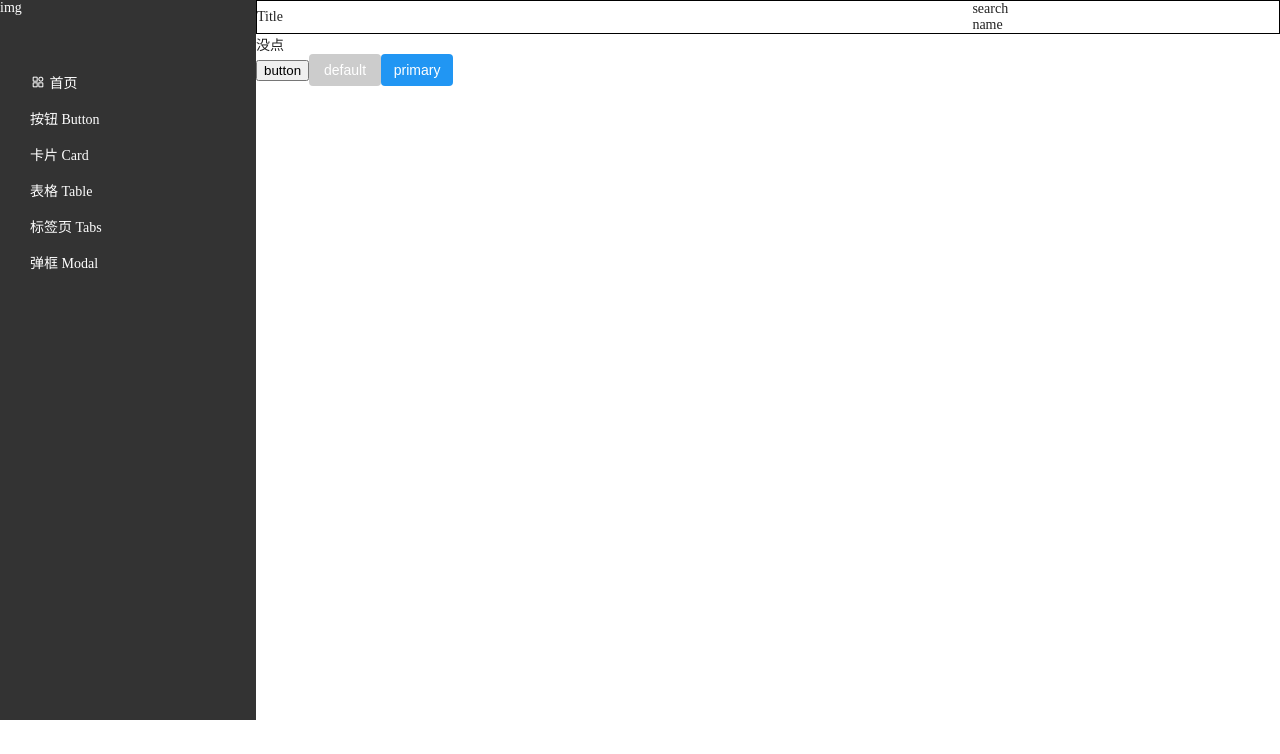
Repository: wyhsunflower/koalaUI
Page: /
An editor plug-in stored every save of this project. The page is shown before and after the next save, followed by the edit.
The browser window is 1280 px wide. The pictures show the whole page.
The project was rebuilt for these pictures with package versions that can differ from the ones it lists, and the page was loaded fresh each time. Also part of the build but not shown: webpack.config.js, src/components/Modal/Modal.vue. Imported but missing from the stored project, and not drawn on this page: src/views/go/go2.vue.

Above is the page before, as saved 2020-03-12 21:43:13.

### index.html
<!DOCTYPE html>
<html lang="en">
<head>
    <meta charset="UTF-8">
    <title>koala's UI</title>
</head>
<body>
<div id="app"></div>
</body>
</html>

### src/index.js
import Vue from 'vue';
import App from './app';
import './components/components.js'
import './styles/global.scss';
import './styles/iconfont/icon.scss'
import router from './router/route';


new Vue({
    router,
    render(h) {
        return h(App);
    }
}).$mount('#app');

### src/app.vue
<template>
    <div id="app" class="container">
        <SideBar></SideBar>
        <div class="right">
            <Header></Header>
            <div class="main">
                <transition>
                 <router-view></router-view>
                </transition>
            </div>
        </div>
    </div>
</template>
<script>
    import SideBar from './SideBar';
    import Header from './Header';
    export default {
        name: "app",
        components:{
            SideBar,
            Header
        },
    }
</script>

<style lang="scss" scoped>
    @import "styles/global";
    .container{
        width: 100%;
        display: flex;
        flex-flow: row nowrap;
        height: 100%;
    }
    .right{
        width: 80%;
        height: 100%;
    }
        .main{
            width: 100%;
            height: 100%;
        }
</style>

### src/components/components.js
import Vue from 'vue'
import Button from './Button/Button';
import Modal from './Modal/Modal';

Vue.component('Button',Button);
Vue.component('Modal',Modal);

### src/styles/global.scss
$font-color: rgba(0,0,0, 0.87);
$color-btn-default:#ccc;
$color-btn-primary:#2196f3;
* {
    box-sizing: border-box;
}
html, body {
    margin: 0;
    padding: 0;
}
html{
    width: 100%;
    height: 100%;
    outline: none;
}
body {
    color: $font-color;
    font-size: 14px;
    height: 100%;
    width: 100%;
}

### src/styles/iconfont/icon.scss
@font-face {font-family: "iconfont";
  src: url('./iconfont.eot?t=1575969178796'); /* IE9 */
  src: url('./iconfont.eot?t=1575969178796#iefix') format('embedded-opentype'), /* IE6-IE8 */
       url('./iconfont.woff?t=1575969178796') format('woff'),
       url('./iconfont.ttf?t=1575969178796') format('truetype'), /* chrome, firefox, opera, Safari, Android, iOS 4.2+ */
       url('./iconfont.svg?t=1575969178796#iconfont') format('svg'); /* iOS 4.1- */
}
.iconfont {
  font-family: "iconfont" !important;
  font-size: 16px;
  font-style: normal;
  -webkit-font-smoothing: antialiased;
  -moz-osx-font-smoothing: grayscale;
}
.icon-all:before {
  content: "\e6ef";
}

### src/router/route.js
import Router from 'vue-router';
import Vue from 'vue';
//import Home from '../app';
//import Button from '../components/Button/Button';
import Home from '../views/home';


const routerListDir=[];

function importAllRouter(r) {
    r.keys().forEach(
        (key)=>routerListDir.push(r(key).default)
    )
}

importAllRouter(require.context('../router',true,/\.router\.js/));
Vue.use(Router);
console.log(routerListDir);

export default new Router({
    routes: [
        ...routerListDir,
        { path: '/',component:Home},
        //{ path: '/button',component:Button},
    ]
});

### src/SideBar.vue
<template>
    <div class="side">
        <div class="top">
            <div>img</div>
            <!--<img src="./static/img/logo.jpg">-->
        </div>
        <ul class="side-list">
            <li v-for="x of lists">
                <i class="iconfont" :class="x.icon"></i>
                {{x.name}}
            </li>
        </ul>
    </div>
</template>

<script>
    export default {
        name: "SideBar",
        data(){
            return{
                lists:[
                    {
                        name:'首页',
                        icon:'icon-all',
                    },
                    {
                        name:'按钮 Button',
                        icon:'button',
                    },
                    {
                        name:'卡片 Card',
                        icon:'card',
                    },
                    {
                        name:'表格 Table',
                        icon:'table',
                    },
                    {
                        name:'标签页 Tabs',
                        icon:'tabs',
                    },
                    {
                        name:'弹框 Modal',
                        icon:'modal',
                    },
                ],
            }
        },
    }
</script>

<style lang="scss" scoped>
    .side {
        max-width: 300px;
        width: 20%;
        background: rgba(0,0,0,.8);
        height: 100%;
        color: #fff;
    }
    .top {
        height: 50px;
    }
    ul{
        list-style: none;
        padding: 0;
    }
    li{
        padding: 8px 30px;
        &:hover{background: rgba(0,0,0,.2);}
    }
</style>

### src/Header.vue
<template>
    <div class="header">
        <div class="title">Title</div>
        <div class="right">
            <div class="search">search</div>
            <div class="config">name</div>
        </div>
    </div>
</template>

<script>
    export default {
        name: "Header"
    }
</script>

<style lang="scss" scoped>
    .header{
        width: 100%;
        display: flex;
        justify-content: space-between;
        align-items: center;
        border: 1px solid #000;
    }
    .title{
        width: 60%;
    }
    .right{
        width: 30%;
    }
</style>

### src/components/Button/Button.vue
<template>
    <component
            class="koala-button"
            :class="buttonType"
            is="button"
            @click="onClick"
    >
        <slot></slot>
    </component>
</template>

<script>
    //type color icon
    export default {
        name: "Button",
        props:['self','type','color'],
        data(){
            return{
            }
        },
        components:{

        },
        computed:{
            buttonType(){
                return `koala-button-${this.type}`
            },
        },
        methods:{
            onClick(e){
                this.$emit('click', e);
            }
        },
        mounted(){
        },
    }
</script>

<style lang="scss" scoped >
    @import "../../styles/global.scss";
.koala-button{
    padding: 8px 10px;
    background-color:#ccc;
    min-width: 4.5rem;
    border-radius: .25rem;
    color: #fff;
    outline: none;
    border: none;
    cursor: pointer;
    font-size: .875rem;
    font-weight: 300;
}
    .koala-button-default{
        background-color:$color-btn-default;
    }
    .koala-button-primary{
        background-color:$color-btn-primary;
    }
</style>

### src/views/home.vue
<template>
    <div class="main-container">
        <div>{{message}}</div>
        <button @click="showModal">button</button>
        <Modal v-if="modal" :self="this" :confirmCallback="confirmWay" :cancelCallback="cancelWay">
            <div>Modal组件</div>
            <div>Modal组件</div>
            <div>Modal组件</div>
            <div>Modal组件</div>
            <div>Modal组件</div>
            <div>Modal组件</div>
        </Modal>
        <Button @click="clicked('default')" type="default">default</Button>
        <Button @click="clicked('primary')" type="primary">primary</Button>
    </div>
</template>

<script>
    // import Modal from '../components/Modal/Modal.vue'
    // import Button from '../components/Button/Button.vue'
    export default {
        name: "home",
        data(){
            return{
                modal:false,
                message:'没点'
            }
        },
        // components:{
        //     Button
        // },
        methods:{
            showModal(){
                this.modal = true
            },
            confirmWay(){
                this.message = '确定'
            },
            cancelWay(){
                this.message = '取消了'
            },
            clicked(name){
                alert(name)
            },
        },
    }
</script>

<style scoped>

</style>

### src/router/button.router.js
import Button from '../components/Button/Button';
export default {
    path: '/button',
    name: 'button',
    component:Button,
    children:[]
}

### src/router/modal.router.js
import Modal from '../components/Modal/Modal';
export default {
    path: '/modal',
    name: 'modal',
    component:Modal,
}

### src/router/sample.router.js
import Sample from '../views/go/go2.vue';
export default {
    path: '/sample',
    name: 'sample',
    component:Sample,
}

After the next save:
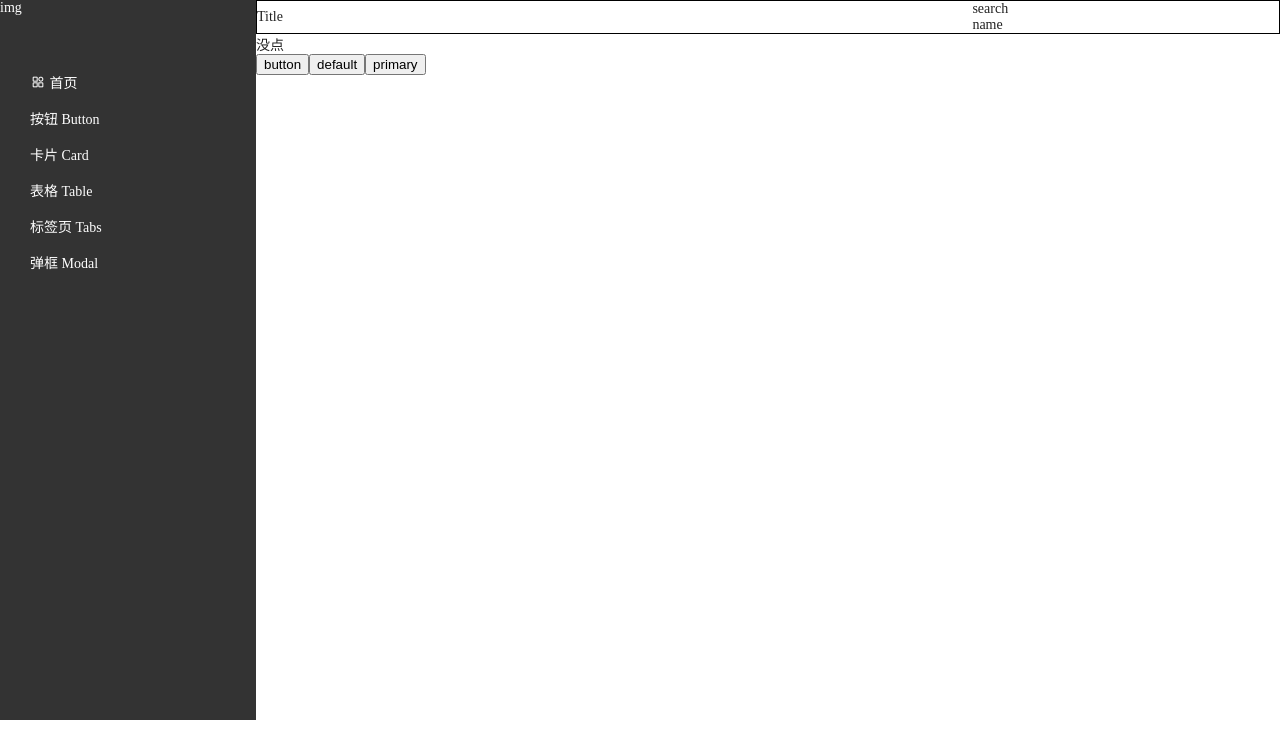
Saved 67 s later.
--- a/src/components/Button/Button.vue
+++ b/src/components/Button/Button.vue
@@ -1,7 +1,7 @@
 <template>
     <component
-            class="koala-button"
-            :class="buttonType"
+            class="mc-button"
+
             is="button"
             @click="onClick"
     >
